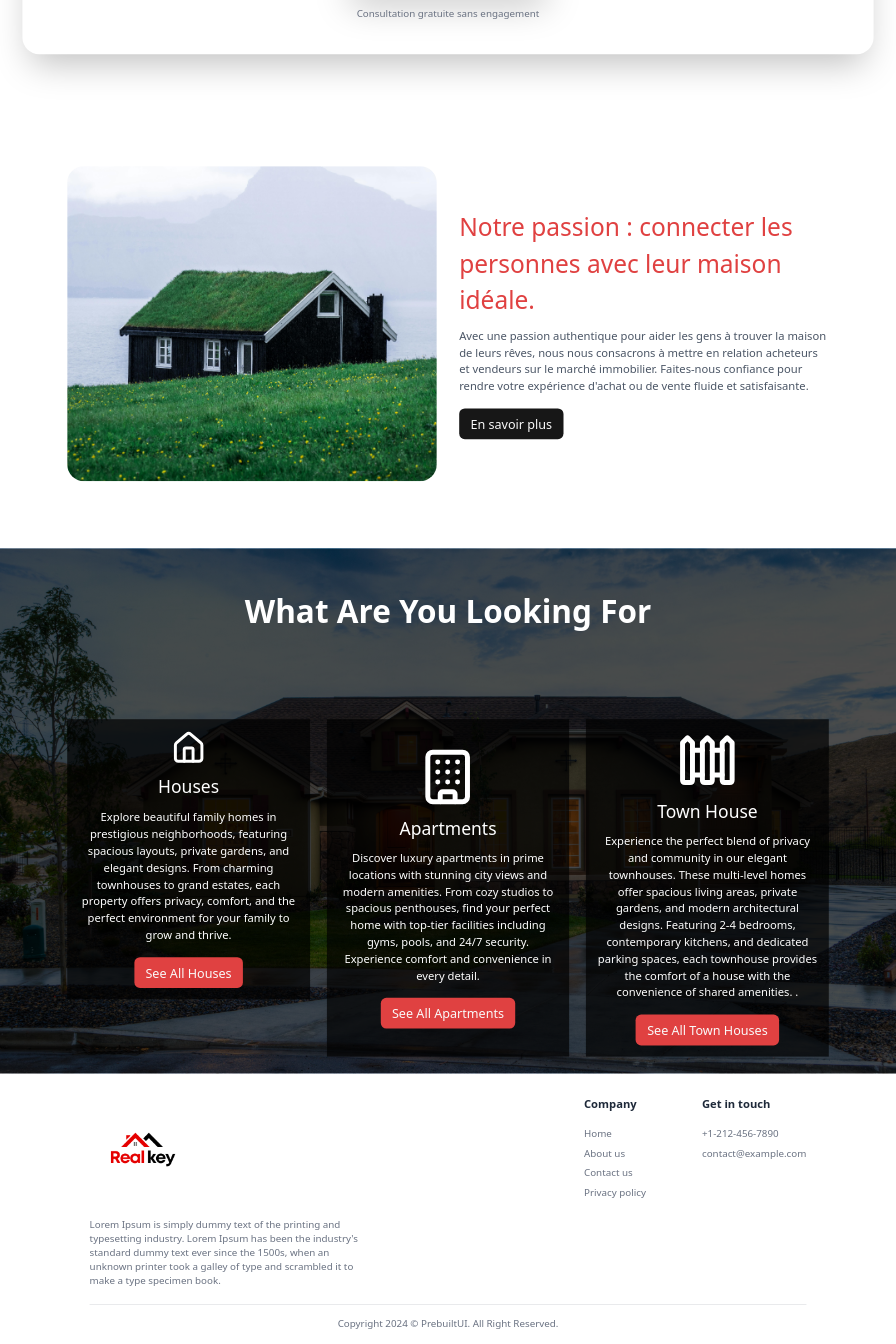
Repository: lamatmed/Real-Key
Page: /
These files come from the project's save history. The page is drawn as it stood at one moment and after the next save; the edit follows.
The browser window is 1280 px wide. The pictures show the part of the page from y = 3539 to 5459 px (the page is 5459 px tall), at 70% of full size.
The page's requests for data from a server got no answer. The project was rebuilt for these pictures with package versions that can differ from the ones it lists, and the page was loaded fresh each time. Some packages were replaced by stand-ins written for this rebuild. The framework's server and built-in components were replaced by stand-ins that run in the browser. No one was signed in, and anything a server would have sent is missing. Also part of the build but not shown: next.config.ts, app/_components/PropertyCard.tsx.

Above is the page before, as saved 2025-09-28 15:13:49.

### app/layout.tsx
import type { Metadata } from "next";
import { Geist, Geist_Mono } from "next/font/google";
import './globals.css'
import { ClerkProvider } from "@clerk/nextjs";
import { ConvexClientProvider } from "./ConvexClientProvider";
import Navbar from "./_components/Navbar";
import ConnectUserToConvext from "./ConnectUserToConvext";
import Footer from "./_components/Footer";

const geistSans = Geist({
  variable: "--font-geist-sans",
  subsets: ["latin"],
});

const geistMono = Geist_Mono({
  variable: "--font-geist-mono",
  subsets: ["latin"],
});

export const metadata: Metadata = {
  title: "Real Key",
  description: "Full Real Estate website",
};

export default function RootLayout({
  children,
}: Readonly<{
  children: React.ReactNode;
}>) {
  return (
    <ConvexClientProvider>
     <ClerkProvider>
    <html lang="en">
      <body
        className={`${geistSans.variable} ${geistMono.variable} antialiased`}
      >

        <Navbar/>
       <ConnectUserToConvext/>
        {children}
        <Footer/>

      </body>
    </html>
    </ClerkProvider>
    </ConvexClientProvider>
  );
}

### app/page.tsx

import Hero from "./_components/Hero";
import FeaturedProperties from "./_components/FeaturedProperties";
import WhatWeDo from "./_components/WhatWeDo";
import ConnectingPeople from "./_components/ConnectingPeople";
import WhatClientWant from "./_components/WhatClientWant";

export default function Home() {
  return (
    <div className="">

      <Hero/>
      <FeaturedProperties/>
      <WhatWeDo/>
      <ConnectingPeople/>
      <WhatClientWant/>

    </div>
  )
}

### app/globals.css
@import "tailwindcss";
@import "tw-animate-css";

@custom-variant dark (&:is(.dark *));

@theme inline {
  --color-background: var(--background);
  --color-foreground: var(--foreground);
  --font-sans: var(--font-geist-sans);
  --font-mono: var(--font-geist-mono);
  --color-sidebar-ring: var(--sidebar-ring);
  --color-sidebar-border: var(--sidebar-border);
  --color-sidebar-accent-foreground: var(--sidebar-accent-foreground);
  --color-sidebar-accent: var(--sidebar-accent);
  --color-sidebar-primary-foreground: var(--sidebar-primary-foreground);
  --color-sidebar-primary: var(--sidebar-primary);
  --color-sidebar-foreground: var(--sidebar-foreground);
  --color-sidebar: var(--sidebar);
  --color-chart-5: var(--chart-5);
  --color-chart-4: var(--chart-4);
  --color-chart-3: var(--chart-3);
  --color-chart-2: var(--chart-2);
  --color-chart-1: var(--chart-1);
  --color-ring: var(--ring);
  --color-input: var(--input);
  --color-border: var(--border);
  --color-destructive: var(--destructive);
  --color-accent-foreground: var(--accent-foreground);
  --color-accent: var(--accent);
  --color-muted-foreground: var(--muted-foreground);
  --color-muted: var(--muted);
  --color-secondary-foreground: var(--secondary-foreground);
  --color-secondary: var(--secondary);
  --color-primary-foreground: var(--primary-foreground);
  --color-primary: var(--primary);
  --color-popover-foreground: var(--popover-foreground);
  --color-popover: var(--popover);
  --color-card-foreground: var(--card-foreground);
  --color-card: var(--card);
  --radius-sm: calc(var(--radius) - 4px);
  --radius-md: calc(var(--radius) - 2px);
  --radius-lg: var(--radius);
  --radius-xl: calc(var(--radius) + 4px);
}

h2{
  position: relative;
  display: inline-block;
  color: black;
  font-size: 35px;

}

h2::before{
  position: absolute;
  content: "";
  width: 50%;
  height: 4px;
  background-color: #e04141;
  bottom: 0;
  left: 0;
}

:root {
  --radius: 0.625rem;
  --background: oklch(1 0 0);
  --foreground: oklch(0.145 0 0);
  --card: oklch(1 0 0);
  --card-foreground: oklch(0.145 0 0);
  --popover: oklch(1 0 0);
  --popover-foreground: oklch(0.145 0 0);
  --primary: oklch(0.205 0 0);
  --primary-foreground: oklch(0.985 0 0);
  --secondary: oklch(0.97 0 0);
  --secondary-foreground: oklch(0.205 0 0);
  --muted: oklch(0.97 0 0);
  --muted-foreground: oklch(0.556 0 0);
  --accent: oklch(0.97 0 0);
  --accent-foreground: oklch(0.205 0 0);
  --destructive: oklch(0.577 0.245 27.325);
  --border: oklch(0.922 0 0);
  --input: oklch(0.922 0 0);
  --ring: oklch(0.708 0 0);
  --chart-1: oklch(0.646 0.222 41.116);
  --chart-2: oklch(0.6 0.118 184.704);
  --chart-3: oklch(0.398 0.07 227.392);
  --chart-4: oklch(0.828 0.189 84.429);
  --chart-5: oklch(0.769 0.188 70.08);
  --sidebar: oklch(0.985 0 0);
  --sidebar-foreground: oklch(0.145 0 0);
  --sidebar-primary: oklch(0.205 0 0);
  --sidebar-primary-foreground: oklch(0.985 0 0);
  --sidebar-accent: oklch(0.97 0 0);
  --sidebar-accent-foreground: oklch(0.205 0 0);
  --sidebar-border: oklch(0.922 0 0);
  --sidebar-ring: oklch(0.708 0 0);
}

.dark {
  --background: oklch(0.145 0 0);
  --foreground: oklch(0.985 0 0);
  --card: oklch(0.205 0 0);
  --card-foreground: oklch(0.985 0 0);
  --popover: oklch(0.205 0 0);
  --popover-foreground: oklch(0.985 0 0);
  --primary: oklch(0.922 0 0);
  --primary-foreground: oklch(0.205 0 0);
  --secondary: oklch(0.269 0 0);
  --secondary-foreground: oklch(0.985 0 0);
  --muted: oklch(0.269 0 0);
  --muted-foreground: oklch(0.708 0 0);
  --accent: oklch(0.269 0 0);
  --accent-foreground: oklch(0.985 0 0);
  --destructive: oklch(0.704 0.191 22.216);
  --border: oklch(1 0 0 / 10%);
  --input: oklch(1 0 0 / 15%);
  --ring: oklch(0.556 0 0);
  --chart-1: oklch(0.488 0.243 264.376);
  --chart-2: oklch(0.696 0.17 162.48);
  --chart-3: oklch(0.769 0.188 70.08);
  --chart-4: oklch(0.627 0.265 303.9);
  --chart-5: oklch(0.645 0.246 16.439);
  --sidebar: oklch(0.205 0 0);
  --sidebar-foreground: oklch(0.985 0 0);
  --sidebar-primary: oklch(0.488 0.243 264.376);
  --sidebar-primary-foreground: oklch(0.985 0 0);
  --sidebar-accent: oklch(0.269 0 0);
  --sidebar-accent-foreground: oklch(0.985 0 0);
  --sidebar-border: oklch(1 0 0 / 10%);
  --sidebar-ring: oklch(0.556 0 0);
}

@layer base {
  * {
    @apply border-border outline-ring/50;
  }
  body {
    @apply bg-background text-foreground;
  }
}

### app/ConvexClientProvider.tsx
"use client";

import { ConvexProvider, ConvexReactClient } from "convex/react";
import { ReactNode } from "react";

// جلب العنوان من الـ environment variable
const address = process.env.NEXT_PUBLIC_CONVEX_URL;

// حماية إضافية لو المتغير مش موجود
if (!address) {
  throw new Error(
    "❌ NEXT_PUBLIC_CONVEX_URL is not defined. تأكد من إضافة المتغير داخل Vercel Environment Variables."
  );
}

// إنشاء عميل Convex
const convex = new ConvexReactClient(address);

export function ConvexClientProvider({ children }: { children: ReactNode }) {
  return <ConvexProvider client={convex}>{children}</ConvexProvider>;
}

### app/ConnectUserToConvext.tsx
"use client"
import { api } from '@/convex/_generated/api'
import { useUser } from '@clerk/nextjs'
import { useMutation } from 'convex/react'
import React, { useEffect } from 'react'

function ConnectUserToConvext() {

    const {user} = useUser()

    const updateUser = useMutation(api.users.updateUser)
    useEffect(()=>{
        if(!user){
            return
        }
        const syncUser= async()=>{
            try {
               await updateUser({
                userId:user.id,
                name:`${user?.firstName ?? "" } ${user?.lastName ?? ""}`,
               email: user.emailAddresses[0]?.emailAddress ?? "",
               })
            } catch (error) {
                 console.error("Error syncing user:", error);
            }
        }
        syncUser()
    },[user,updateUser])

    return null


}

export default ConnectUserToConvext

### app/_components/Footer.tsx
import Image from "next/image";

 function Footer() {
    return (
        <footer className="px-6 md:px-16 lg:px-24 xl:px-32 pt-8 w-full text-gray-500 ">
            <div className="flex flex-col md:flex-row justify-between w-full gap-10 border-b border-gray-500/30 pb-6">
                <div className="md:max-w-96">
            <Image alt="image" src="/logoFooter.png" width={150} height={150}/>
                    <p className="mt-6 text-sm">
                        Lorem Ipsum is simply dummy text of the printing and typesetting industry.
                        Lorem Ipsum has been the industry's standard dummy text ever since the 1500s,
                        when an unknown printer took a galley of type and scrambled it to make a type specimen book.
                    </p>
                </div>
                <div className="flex-1 flex items-start md:justify-end gap-20">
                    <div>
                        <h1 className="font-semibold mb-5 text-gray-800">Company</h1>
                        <ul className="text-sm space-y-2">
                            <li><a href="#">Home</a></li>
                            <li><a href="#">About us</a></li>
                            <li><a href="#">Contact us</a></li>
                            <li><a href="#">Privacy policy</a></li>
                        </ul>
                    </div>
                    <div>
                        <h1 className="font-semibold mb-5 text-gray-800">Get in touch</h1>
                        <div className="text-sm space-y-2">
                            <p>+1-212-456-7890</p>
                            <p>contact@example.com</p>
                        </div>
                    </div>
                </div>
            </div>
            <p className="pt-4 text-center text-xs md:text-sm pb-5">
                Copyright 2024 © <a href="https://prebuiltui.com">PrebuiltUI</a>. All Right Reserved.
            </p>
        </footer>
    );
};
export default Footer

### app/_components/Hero.tsx
import { Button } from '@/components/ui/button'
import Image from 'next/image'
import Link from 'next/link'
import React from 'react'

function Hero() {
  return (
    <div className='relative overflow-hidden h-[750px] w-full'>
        <Image
          alt='Bannière principale'
          fill
          className='w-full h-[750px] object-cover'
          src="/hero.jpg"
          priority
        />

      <div className='absolute inset-0 bg-black/80'></div>

      <div className='absolute inset-0 flex items-center justify-center'>
        <div className='text-center px-4 max-w-4xl'>
          <h1 className='text-4xl sm:text-5xl md:text-7xl font-bold mb-6 text-white'>
            Bienvenue chez
            <span className='block text-[#e04141] mt-2'>Real Key</span>
          </h1>

          <p className='text-lg md:text-xl lg:text-2xl mb-8 text-gray-200 max-w-3xl mx-auto'>
            Nous proposons des solutions innovantes et des services premium pour vous aider à atteindre vos objectifs et réussir dans le monde de l'immobilier.
          </p>

          <Link href="/properties">
            <Button className='bg-[#e04141] hover:bg-[#c03939] text-white px-8 py-6 text-lg'>
              Commencer Maintenant
            </Button>
          </Link>
        </div>
      </div>
    </div>
  )
}

export default Hero

### app/_components/ConnectingPeople.tsx
import { Button } from '@/components/ui/button'
import Image from 'next/image'
import React from 'react'

function ConnectingPeople() {
  return (
    <div className='p-24 items-center grid grid-cols-1 lg:grid-cols-2 gap-8'>

        <Image  className='rounded-3xl w-full h-[450px] object-cover' width={800} height={800} alt='image' src="/house.jpg"/>

        <div>
   <h1 className='text-[35px] text-[#e04141]'>Notre passion : connecter les personnes avec leur maison idéale.</h1>
   <p className='text-gray-600 mt-3'>Avec une passion authentique pour aider les gens à trouver la maison de leurs rêves, nous nous consacrons à mettre en relation acheteurs et vendeurs sur le marché immobilier. Faites-nous confiance pour rendre votre expérience d'achat ou de vente fluide et satisfaisante.</p>

   <Button className='mt-5'>En savoir plus</Button>

        </div>
    </div>
  )
}

export default ConnectingPeople

### app/_components/WhatClientWant.tsx
import { Button } from '@/components/ui/button'
import { Building, Fence, House } from 'lucide-react'
import Image from 'next/image'
import Link from 'next/link'
import React from 'react'

function WhatClientWant() {
  return (
   <div className='relative h-[1750px]  lg:h-[750px] w-full'>

        <Image alt='hero' fill className='w-full   h-[750px] object-cover ' src="/whatClientWant.jpg"/>


      <div className='absolute inset-0 bg-black/70  z-10'></div>


    <div className='absolute inset-0 z-20 flex flex-col justify-center'>
    <div className='flex items-center justify-center mt-32'>


     <h1 className='text-[45px] font-bold mb-6 text-white '>
  What Are You Looking For
          </h1>
           </div>
      <div className=' grid grid-cols-1 lg:grid-cols-3 text-white gap-6 text-center p-24'>

      <div className='p-4 flex flex-col items-center h-[400px]   justify-center  bg-black/70 '>
        <House className="w-[55px] h-[55px] md:w-[85px] md:h-[85px]"/>
        <h3 className='my-3 text-[25px]'>Houses</h3>
        <p>Explore beautiful family homes in prestigious neighborhoods, featuring spacious layouts, private gardens, and elegant designs. From charming townhouses to grand estates, each property offers privacy, comfort, and the perfect environment for your family to grow and thrive.</p>


 <Link href="/properties?type=house">

        <Button className='bg-[#e04141] mt-5'>See All Houses</Button>
    </Link>

      </div>


           <div className='p-4 flex flex-col items-center  justify-center bg-black/70 '>
        <Building className="w-[55px] h-[55px] md:w-[85px] md:h-[85px]"/>
        <h3 className='my-3  text-[25px]'>Apartments</h3>
        <p>Discover luxury apartments in prime locations with stunning city views and modern amenities. From cozy studios to spacious penthouses, find your perfect home with top-tier facilities including gyms, pools, and 24/7 security. Experience comfort and convenience in every detail.
</p>

 <Link href="/properties?type=apartment">

 <Button className='bg-[#e04141] mt-5'>See All Apartments</Button>
</Link>
      </div>


         <div className='p-4 flex flex-col items-center  justify-center bg-black/70 '>
        <Fence className="w-[55px] h-[55px] md:w-[85px] md:h-[85px]"/>
        <h3 className='my-3  text-[25px]'>Town House</h3>
        <p>Experience the perfect blend of privacy and community in our elegant townhouses. These multi-level homes offer spacious living areas, private gardens, and modern architectural designs. Featuring 2-4 bedrooms, contemporary kitchens, and dedicated parking spaces, each townhouse provides the comfort of a house with the convenience of shared amenities.
.</p>
<Link href="/properties?type=townhouse">
 <Button  className='bg-[#e04141] mt-5'>See All Town Houses</Button>
</Link>
      </div>
      </div>

      </div>

    </div>
  )
}

export default WhatClientWant

### components/ui/button.tsx
import * as React from "react"
import { Slot } from "@radix-ui/react-slot"
import { cva, type VariantProps } from "class-variance-authority"

import { cn } from "@/lib/utils"

const buttonVariants = cva(
  "inline-flex items-center justify-center gap-2 whitespace-nowrap rounded-md text-lg font-medium transition-all disabled:pointer-events-none disabled:opacity-50 [&_svg]:pointer-events-none [&_svg:not([class*='size-'])]:size-4 shrink-0 [&_svg]:shrink-0 outline-none focus-visible:border-ring focus-visible:ring-ring/50 focus-visible:ring-[3px] aria-invalid:ring-destructive/20 dark:aria-invalid:ring-destructive/40 aria-invalid:border-destructive",
  {
    variants: {
      variant: {
        default: "bg-primary text-primary-foreground hover:bg-primary/90 cursor-pointer",
        destructive:
          "bg-destructive text-white hover:bg-destructive/90 focus-visible:ring-destructive/20 dark:focus-visible:ring-destructive/40 dark:bg-destructive/60",
        outline:
          "border bg-background shadow-xs hover:bg-accent hover:text-accent-foreground dark:bg-input/30 dark:border-input dark:hover:bg-input/50",
        secondary:
          "bg-secondary text-secondary-foreground hover:bg-secondary/80",
        ghost:
          "hover:bg-accent hover:text-accent-foreground dark:hover:bg-accent/50",
        link: "text-primary underline-offset-4 hover:underline",
      },
      size: {
        default: " px-4 py-2 has-[>svg]:px-3",
        sm: "h-8 rounded-md gap-1.5 px-3 has-[>svg]:px-2.5",
        lg: "h-10 rounded-md px-6 has-[>svg]:px-4",
        icon: "size-9",
      },
    },
    defaultVariants: {
      variant: "default",
      size: "default",
    },
  }
)

function Button({
  className,
  variant,
  size,
  asChild = false,
  ...props
}: React.ComponentProps<"button"> &
  VariantProps<typeof buttonVariants> & {
    asChild?: boolean
  }) {
  const Comp = asChild ? Slot : "button"

  return (
    <Comp
      data-slot="button"
      className={cn(buttonVariants({ variant, size, className }))}
      {...props}
    />
  )
}

export { Button, buttonVariants }

Loaded but not shown: convex/_generated/api.js (common file); lib/utils.ts (common file); app/_components/FeaturedProperties.tsx (113 lines, source omitted); app/_components/WhatWeDo.tsx (122 lines, source omitted); app/_components/Navbar.tsx (149 lines, source omitted)

After the next save:
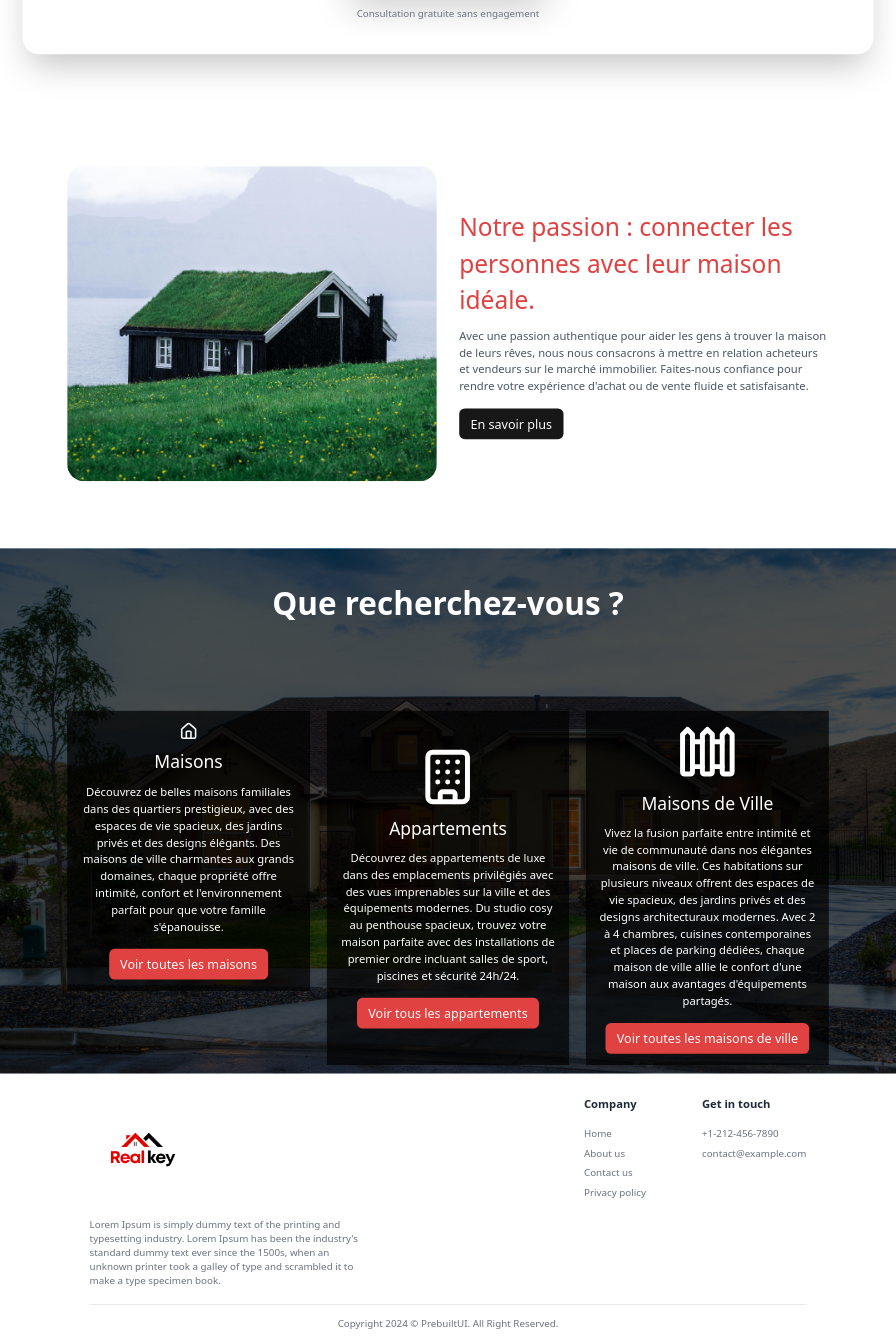
Saved 3 min 18 s later.
--- a/app/_components/WhatClientWant.tsx
+++ b/app/_components/WhatClientWant.tsx
@@ -19,20 +19,20 @@ function WhatClientWant() {
 
 
      <h1 className='text-[45px] font-bold mb-6 text-white '>
-  What Are You Looking For
+  Que recherchez-vous ?
           </h1>
            </div>
       <div className=' grid grid-cols-1 lg:grid-cols-3 text-white gap-6 text-center p-24'>
 
       <div className='p-4 flex flex-col items-center h-[400px]   justify-center  bg-black/70 '>
         <House className="w-[55px] h-[55px] md:w-[85px] md:h-[85px]"/>
-        <h3 className='my-3 text-[25px]'>Houses</h3>
-        <p>Explore beautiful family homes in prestigious neighborhoods, featuring spacious layouts, private gardens, and elegant designs. From charming townhouses to grand estates, each property offers privacy, comfort, and the perfect environment for your family to grow and thrive.</p>
+        <h3 className='my-3 text-[25px]'>Maisons</h3>
+        <p>Découvrez de belles maisons familiales dans des quartiers prestigieux, avec des espaces de vie spacieux, des jardins privés et des designs élégants. Des maisons de ville charmantes aux grands domaines, chaque propriété offre intimité, confort et l'environnement parfait pour que votre famille s'épanouisse.</p>
 
 
  <Link href="/properties?type=house">
 
-        <Button className='bg-[#e04141] mt-5'>See All Houses</Button>
+        <Button className='bg-[#e04141] mt-5'>Voir toutes les maisons</Button>
     </Link>
 
       </div>
@@ -40,24 +40,22 @@ function WhatClientWant() {
 
            <div className='p-4 flex flex-col items-center  justify-center bg-black/70 '>
         <Building className="w-[55px] h-[55px] md:w-[85px] md:h-[85px]"/>
-        <h3 className='my-3  text-[25px]'>Apartments</h3>
-        <p>Discover luxury apartments in prime locations with stunning city views and modern amenities. From cozy studios to spacious penthouses, find your perfect home with top-tier facilities including gyms, pools, and 24/7 security. Experience comfort and convenience in every detail.
-</p>
+        <h3 className='my-3  text-[25px]'>Appartements</h3>
+        <p>Découvrez des appartements de luxe dans des emplacements privilégiés avec des vues imprenables sur la ville et des équipements modernes. Du studio cosy au penthouse spacieux, trouvez votre maison parfaite avec des installations de premier ordre incluant salles de sport, piscines et sécurité 24h/24.</p>
 
  <Link href="/properties?type=apartment">
 
- <Button className='bg-[#e04141] mt-5'>See All Apartments</Button>
+ <Button className='bg-[#e04141] mt-5'>Voir tous les appartements</Button>
 </Link>
       </div>
 
 
          <div className='p-4 flex flex-col items-center  justify-center bg-black/70 '>
         <Fence className="w-[55px] h-[55px] md:w-[85px] md:h-[85px]"/>
-        <h3 className='my-3  text-[25px]'>Town House</h3>
-        <p>Experience the perfect blend of privacy and community in our elegant townhouses. These multi-level homes offer spacious living areas, private gardens, and modern architectural designs. Featuring 2-4 bedrooms, contemporary kitchens, and dedicated parking spaces, each townhouse provides the comfort of a house with the convenience of shared amenities.
-.</p>
+        <h3 className='my-3  text-[25px]'>Maisons de Ville</h3>
+        <p>Vivez la fusion parfaite entre intimité et vie de communauté dans nos élégantes maisons de ville. Ces habitations sur plusieurs niveaux offrent des espaces de vie spacieux, des jardins privés et des designs architecturaux modernes. Avec 2 à 4 chambres, cuisines contemporaines et places de parking dédiées, chaque maison de ville allie le confort d'une maison aux avantages d'équipements partagés.</p>
 <Link href="/properties?type=townhouse">
- <Button  className='bg-[#e04141] mt-5'>See All Town Houses</Button>
+ <Button  className='bg-[#e04141] mt-5'>Voir toutes les maisons de ville</Button>
 </Link>
       </div>
       </div>
